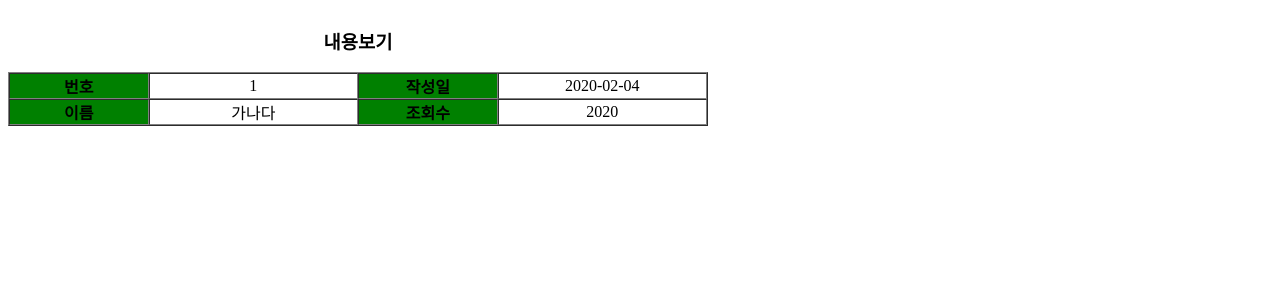
Repository: Rummikub/DBStudy
Page: HTMLProject2/WebContent/HTML/table2.html
These files come from the project's save history. The page is drawn as it stood at one moment and after the next save; the edit follows.
The browser window is 1280 px wide. The pictures show the whole page.

Above is the page before, as saved 2020-02-04 08:33:11.

### HTMLProject2/WebContent/HTML/table2.html
<!DOCTYPE html>
<html>
<head>
<meta charset="UTF-8">
<title>Insert title here</title>
</head>
<body>
	<table width=700 border="1" cellpadding=0 cellspacing=0>  <!--한줄로 테두리를 바꿔주는 코딩 -->
		<caption><h3>내용보기</h3></caption>
		<tr>
			<th width=20% bgcolor="green">번호</th>
			<td width=30% align="center">1</td>
			<th width=20% bgcolor="green">작성일</th>
			<td width=30% align="center">2020-02-04</td>
		</tr>
		<tr>
			<th width=20% bgcolor="green">이름</th>
			<td width=30% align="center">가나다</td>
			<th width=20% bgcolor="green">조회수</th>
			<td width=30% align="center">2020</td>
		</tr>
	</table>
</body>
</html>

After the next save:
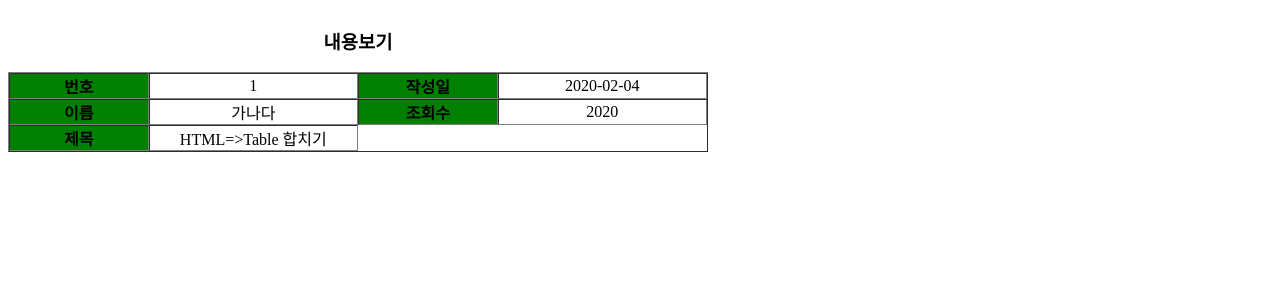
Saved 93 s later.
--- a/HTMLProject2/WebContent/HTML/table2.html
+++ b/HTMLProject2/WebContent/HTML/table2.html
@@ -19,6 +19,10 @@
 			<th width=20% bgcolor="green">조회수</th>
 			<td width=30% align="center">2020</td>
 		</tr>
+		<tr>
+			<th width=20% bgcolor="green">제목</th>
+			<td width=30% align="center">HTML=>Table 합치기</td>
+		</tr>
 	</table>
 </body>
 </html>
